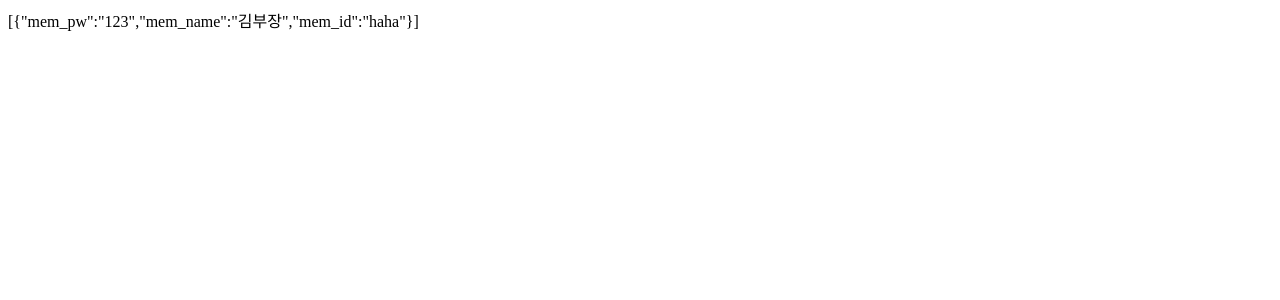
Repository: rightsecond3/java52
Page: http://localhost/dev_html/ajax/login/loginInfo.jsp
These files come from the project's save history. The page is drawn as it stood at one moment and after the next save; the edit follows.
The browser window is 1280 px wide. The pictures show the whole page.
The page is served by Tomcat 9. Other server files are loaded and not shown.

Above is the page before, as saved 2019-07-05 01:15:48.

### workspace_script/dev_html/WebContent/ajax/login/loginInfo.jsp
<%@ page language="java" contentType="text/html; charset=UTF-8"
    pageEncoding="UTF-8"%>
<%@ page import="java.util.*,com.google.gson.Gson" %>
<%
String p_id = request.getParameter("mem_id");
List<Map<String,Object>> memList = new ArrayList<>();
Map<String,Object> memInfo = new HashMap<>();
memInfo.put("mem_name", "박과장");
memInfo.put("mem_id", "test");
memInfo.put("mem_pw", "123");
memList.add(memInfo);

memList = new ArrayList<>();
memInfo.put("mem_name", "유사원");
memInfo.put("mem_id", "apple");
memInfo.put("mem_pw", "123");
memList.add(memInfo);

memList = new ArrayList<>();
memInfo.put("mem_name", "김부장");
memInfo.put("mem_id", "haha");
memInfo.put("mem_pw", "123");
memList.add(memInfo);

Gson g = new Gson();
String result = g.toJson(memList);
out.print(result);
%>

After the next save:
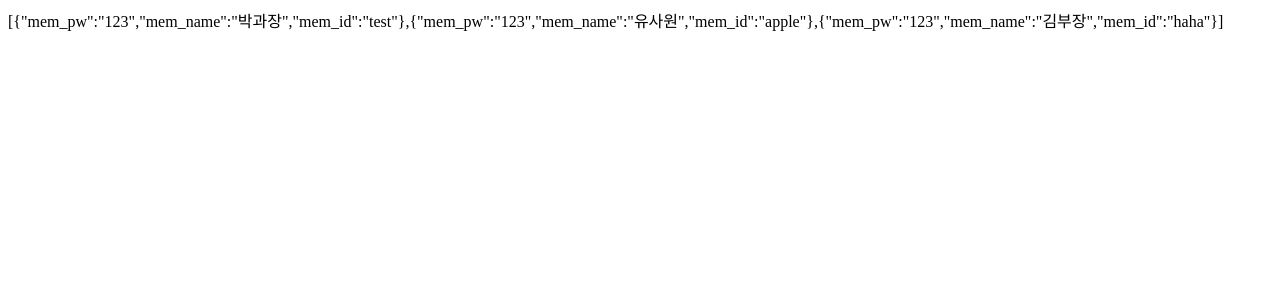
Saved 44 s later.
--- a/workspace_script/dev_html/WebContent/ajax/login/loginInfo.jsp
+++ b/workspace_script/dev_html/WebContent/ajax/login/loginInfo.jsp
@@ -10,13 +10,13 @@ memInfo.put("mem_id", "test");
 memInfo.put("mem_pw", "123");
 memList.add(memInfo);
 
-memList = new ArrayList<>();
+memInfo = new HashMap<>();
 memInfo.put("mem_name", "유사원");
 memInfo.put("mem_id", "apple");
 memInfo.put("mem_pw", "123");
 memList.add(memInfo);
 
-memList = new ArrayList<>();
+memInfo = new HashMap<>();
 memInfo.put("mem_name", "김부장");
 memInfo.put("mem_id", "haha");
 memInfo.put("mem_pw", "123");
